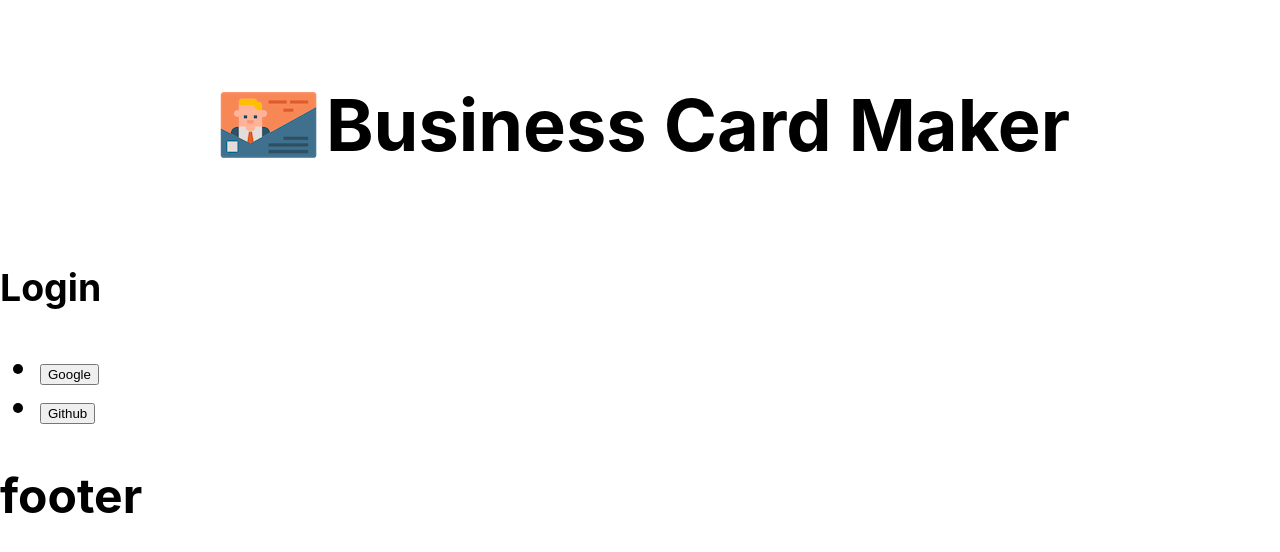
Repository: gomgomigom/firebase_practice_card_maker
Page: /
The author's editor kept a copy of each file at every save. The page is drawn from the files as they stood at one save, then again after the next save.
The browser window is 1280 px wide. The pictures show the whole page.
The page's requests for data from a server got no answer. The project was rebuilt for these pictures with package versions that can differ from the ones it lists, and the page was loaded fresh each time. No one was signed in, and anything a server would have sent is missing. Also part of the build but not shown: src/app.css.

Above is the page before, as saved 2022-01-21 13:31:44.

### public/index.html
<!DOCTYPE html>
<html lang="en">
  <head>
    <meta charset="utf-8" />
    <link rel="icon" href="./images/logo.png" />
    <meta name="viewport" content="width=device-width, initial-scale=1" />
    <meta name="theme-color" content="#000000" />
    <meta
      name="description"
      content="Web site created using create-react-app"
    />
    <title>Card-Maker</title>
  </head>
  <body>
    <noscript>You need to enable JavaScript to run this app.</noscript>
    <div id="root"></div>
  </body>
</html>

### src/index.js
import React from 'react';
import ReactDOM from 'react-dom';
import './index.module.css';
import App from './app';
import AuthService from './service/auth_service';

const authService = new AuthService();
ReactDOM.render(
  <React.StrictMode>
    <App authService={authService} />
  </React.StrictMode>,
  document.getElementById('root')
);

### src/app.js
import './app.css';
import Login from './components/login/login';

function App({ authService }) {
  return (
    <h1>
      <Login authService={authService} />
    </h1>
  );
}

export default App;

### src/service/auth_service.js
import firebase from 'firebase';
import firebaseApp from './firebase';

class AuthService {
  login(providerName) {
    const authProvider = new firebase.auth[`${providerName}AuthProvider`]();
    return firebaseApp.auth().signInWithPopup(authProvider);
  }
}
export default AuthService;

### src/components/login/login.jsx
import React from 'react';
import Footer from '../footer/footer';
import Header from '../header/header';
import styles from './login.module.css';

const Login = ({ authService }) => {
  const onLogin = (event) => {
    authService //
      .login(event.currentTarget.textContent)
      .then(console.log);
  };

  return (
    <section className={styles.login}>
      <Header />
      <section>
        <h1>Login</h1>
        <ul>
          <li>
            <button onClick={onLogin}>Google</button>
          </li>
          <li>
            <button onClick={onLogin}>Github</button>
          </li>
        </ul>
      </section>
      <Footer />
    </section>
  );
};

export default Login;

### src/service/firebase.js
import firebase from 'firebase';

const firebaseConfig = {
  apiKey: process.env.REACT_APP_FIREBASE_API_KEY,
  authDomain: process.env.REACT_APP_FIREBASE_AUTH_DOMAIN,
  projectId: process.env.REACT_APP_FIREBASE_PROJECT_ID,
  storageBucket: process.env.REACT_APP_FIREBASE_STORAGE_BUCKET,
};

const firebaseApp = firebase.initializeApp(firebaseConfig);

export default firebaseApp;

### src/components/footer/footer.jsx
import React from 'react';

const Footer = (props) => <h1>footer</h1>;

export default Footer;

### src/components/header/header.jsx
import React from 'react';
import styles from './header.module.css';

const Header = ({ onLogout }) => {
  return (
    <header className={styles.header}>
      {onLogout && (
        <button className={styles.button} onClick={onLogout}>
          Logout
        </button>
      )}
      <img className={styles.logo} src='/images/logo.png' alt='logo' />
      <h1 className={styles.title}>Business Card Maker</h1>
    </header>
  );
};

export default Header;

### src/components/login/login.module.css
@value makerLightGrey from '../../common/colors.css';

.login {
}

### src/components/header/header.module.css
@value makerBlack from '../../common/colors.css';
@value makerGreen from '../../common/colors.css';
@value makerWhite from '../../common/colors.css';
@value makerWheat from '../../common/colors.css';

.header {
  display: flex;
  flex-wrap: wrap;
  justify-content: center;
  align-items: center;
  font-size: 3rem;
  background-color: makerGreen;
}

.logo {
  margin: 0.5rem;
}

.title {
  color: makerWhite;
}

Loaded but not shown: src/index.module.css (common file)

After the next save:
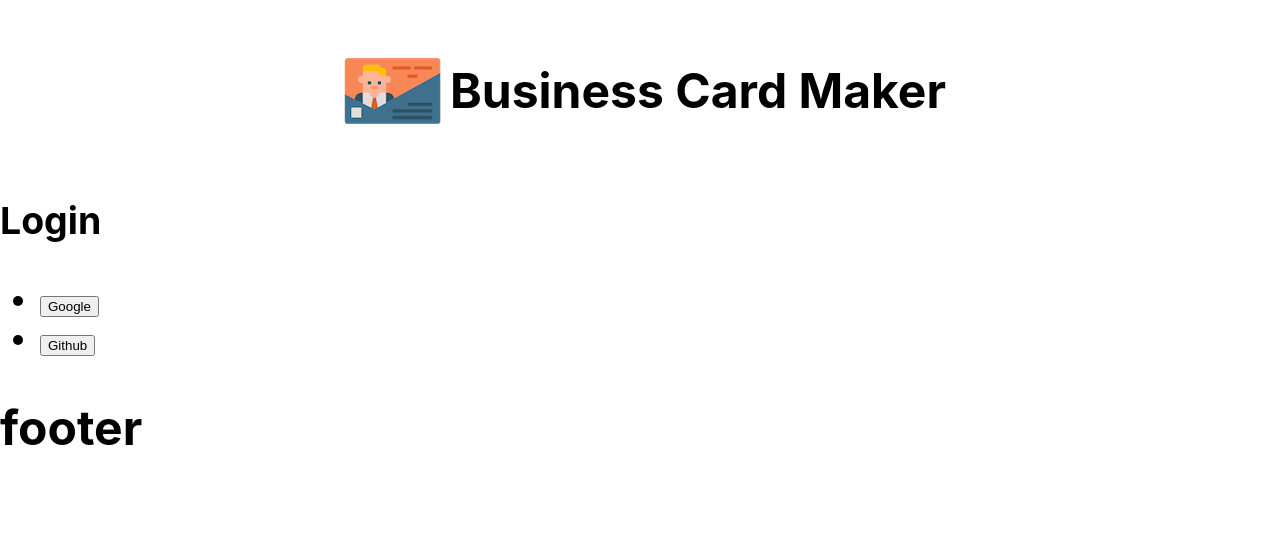
Saved 16 s later.
--- a/src/components/header/header.module.css
+++ b/src/components/header/header.module.css
@@ -8,7 +8,7 @@
   flex-wrap: wrap;
   justify-content: center;
   align-items: center;
-  font-size: 3rem;
+  font-size: 2rem;
   background-color: makerGreen;
 }
 
